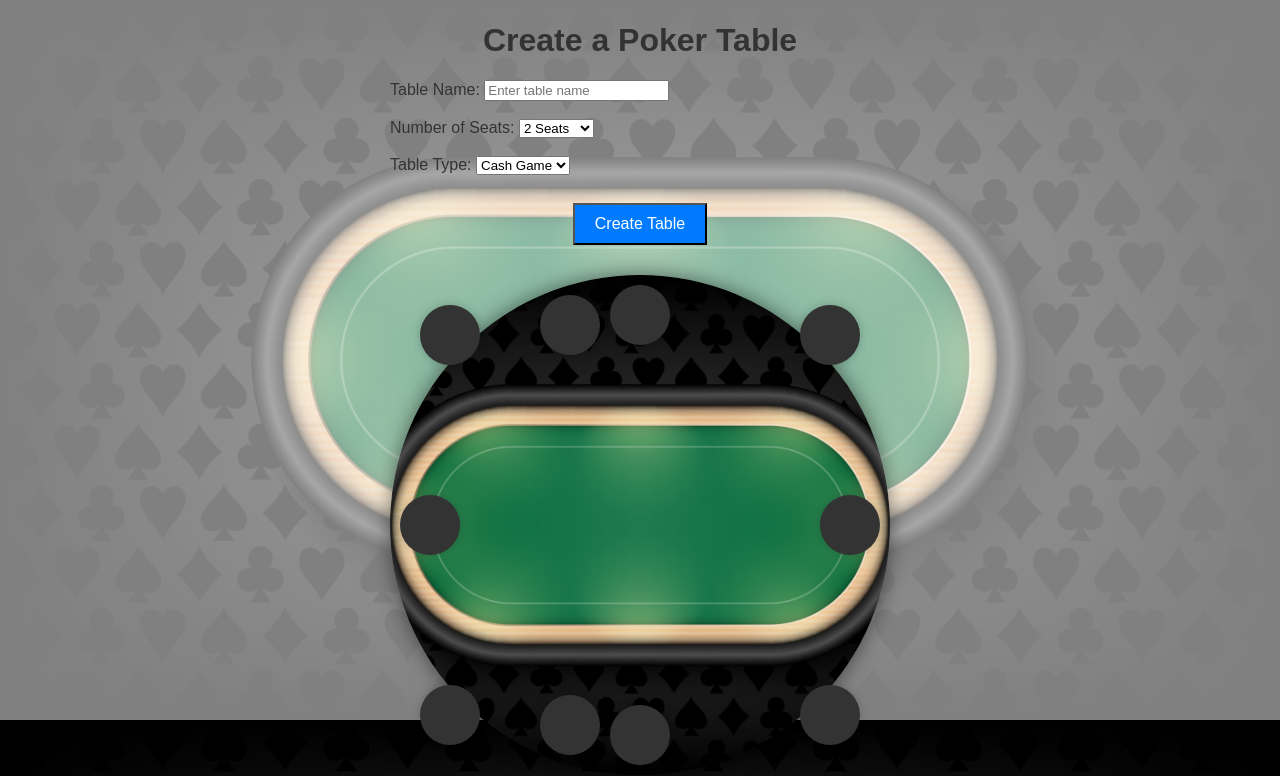
Repository: KidBillionaire/newapp
Page: public/create-table.html
The author's editor kept a copy of each file at every save. The page is drawn from the files as they stood at one save, then again after the next save.
The browser window is 1280 px wide. The pictures show the whole page.
Backgrounds fixed to the window are drawn as part of the page.

Above is the page before, as saved 2024-10-10 16:25:50.

### public/create-table.html
<!DOCTYPE html>
<html lang="en">
<head>
  <meta charset="UTF-8">
  <meta name="viewport" content="width=device-width, initial-scale=1.0">
  <title>Create a Poker Table</title>
  <link rel="stylesheet" href="styles.css"> <!-- Link to your styles -->
  <script defer src="/js/createTable.js"></script> <!-- Link to frontend JS for this page -->
</head>
<body class="create-table-page"> <!-- Apply the background image to this page -->
  <div>
    <h1>Create a Poker Table</h1>
    <form id="createTableForm">
      <label for="tableName">Table Name:</label>
      <input type="text" id="tableName" placeholder="Enter table name" required>
      <br><br>

      <label for="numSeats">Number of Seats:</label>
      <select id="numSeats">
        <option value="2">2 Seats</option>
        <option value="6">6 Seats</option>
        <option value="10">10 Seats</option>
      </select>
      <br><br>

      <label for="tableType">Table Type:</label>
      <select id="tableType">
        <option value="cash">Cash Game</option>
        <option value="tournament">Tournament</option>
      </select>
      <br><br>

      <button type="submit">Create Table</button>
    </form>

    <!-- Poker Table Container -->
    <div id="pokerTableContainer">
      <div id="pokerTable">
        <!-- Player Seats (Will be populated dynamically) -->
        <div class="seat seat-top" id="seat1"></div>
        <div class="seat seat-right" id="seat2"></div>
        <div class="seat seat-bottom" id="seat3"></div>
        <div class="seat seat-left" id="seat4"></div>
        <div class="seat seat-top-right" id="seat5"></div>
        <div class="seat seat-bottom-right" id="seat6"></div>
        <div class="seat seat-bottom-left" id="seat7"></div>
        <div class="seat seat-top-left" id="seat8"></div>
        <div class="seat seat-top-center" id="seat9"></div>
        <div class="seat seat-bottom-center" id="seat10"></div>
      </div>
    </div>
  </div>
</body>
</html>

### public/styles.css
body {
    font-family: Arial, sans-serif;
    background-color: #f7f9fc;
    padding: 20px;
}

h1 {
    text-align: center;
    color: #333;
}

#userTable {
    width: 80%;
    margin: 0 auto;
    border-collapse: collapse;
}

#userTable th,
#userTable td {
    border: 1px solid #ddd;
    padding: 8px;
    text-align: center;
}

#userTable th {
    background-color: #333;
    color: white;
}

button {
    display: block;
    margin: 10px auto;
    padding: 10px 20px;
    font-size: 16px;
    cursor: pointer;
}

button:hover {
    background-color: #555;
    /* Darker background */
    color: #fff;
    /* White text */
}


.montserrat-title {
    font-family: 'Montserrat', sans-serif;
    font-weight: 700;
    /* strong title font */
}

.montserrat-body {
    font-family: 'Montserrat', sans-serif;
    font-weight: 400;
    /* normal body font */
}

.container {
    display: flex;
    justify-content: space-around;
    align-items: center;
}

:root {
    --primary-color: #333;
    --secondary-color: #007BFF;
    --background: #f7f9fc;
}

body {
    background: var(--background);
    color: var(--primary-color);
}

button {
    background-color: var(--secondary-color);
    color: white;
}

/* Profile Settings Section */
#profileSettings {
    margin: 20px auto;
    width: 50%;
    border: 1px solid #ddd;
    padding: 20px;
    background-color: #fff;
    box-shadow: 0 0 10px rgba(0, 0, 0, 0.1);
}

.hidden {
    display: none;
}

#profileSettings label {
    display: inline-block;
    width: 150px;
}

#profileSettings input {
    width: calc(100% - 160px);
    padding: 8px;
    margin: 8px 0;
}

#profileSettings button {
    width: 100%;
    padding: 10px;
    background-color: #333;
    color: white;
    border: none;
    cursor: pointer;
}
/* Create a specific class for the Create Poker Table page background */
.create-table-page {
    background-image: url('images/vecteezy_poker-table-green-cloth-on-dark-background-vector-illustration_6325236.jpg'); /* Set background image */
    background-size: cover;         /* Scale the image to cover the entire page */
    background-repeat: no-repeat;   /* Prevent tiling */
    background-position: center;    /* Center the background */
    background-attachment: fixed;   /* Make the background fixed during scroll */
    padding: 20px;
    height: 100vh;                  /* Set height to fill the entire view height */
    display: flex;                  /* Use flexbox for centering */
    justify-content: center;        /* Center content horizontally */
    align-items: center;            /* Center content vertically */
  }

  .create-table-page::after {
    content: '';
    position: absolute;
    top: 0;
    left: 0;
    width: 100%;
    height: 100%;
    background: rgba(255, 255, 255, 0.5); /* Dark overlay */
    z-index: -1; /* Ensure it stays behind other elements */
  }
  /* Container for the poker table */
#pokerTableContainer {
    display: flex;
    justify-content: center;
    align-items: center;
    margin-top: 30px;
  }

  /* Style the poker table */
  #pokerTable {
    position: relative;
    width: 500px;
    height: 500px;
    border-radius: 50%; /* Make the table circular */
    background: url('images/vecteezy_poker-table-green-cloth-on-dark-background-vector-illustration_6325236.jpg') center/cover; /* Set background image */
    box-shadow: 0 0 20px rgba(0, 0, 0, 0.5);
  }

  /* Generic seat style */
  .seat {
    position: absolute;
    width: 60px;
    height: 60px;
    border-radius: 50%;
    background-color: #333;
    color: white;
    display: flex;
    justify-content: center;
    align-items: center;
    font-size: 14px;
    box-shadow: 0 0 10px rgba(0, 0, 0, 0.2);
  }

  /* Seat positions */
  .seat-top { top: 10px; left: 50%; transform: translateX(-50%); }
  .seat-right { top: 50%; right: 10px; transform: translateY(-50%); }
  .seat-bottom { bottom: 10px; left: 50%; transform: translateX(-50%); }
  .seat-left { top: 50%; left: 10px; transform: translateY(-50%); }

  .seat-top-right { top: 30px; right: 30px; }
  .seat-bottom-right { bottom: 30px; right: 30px; }
  .seat-bottom-left { bottom: 30px; left: 30px; }
  .seat-top-left { top: 30px; left: 30px; }

  .seat-top-center { top: 20px; left: 30%; }
  .seat-bottom-center { bottom: 20px; left: 30%; }

### public/js/createTable.js
document.addEventListener('DOMContentLoaded', () => {
    const createTableForm = document.getElementById('createTableForm');
    const aiPlayersList = document.getElementById('aiPlayersList');
    const seats = document.querySelectorAll('.seat'); // Select all seats on the table

    // Handle the form submission
    createTableForm.addEventListener('submit', async (event) => {
      event.preventDefault();

      const tableName = document.getElementById('tableName').value;
      const numSeats = document.getElementById('numSeats').value;
      const tableType = document.getElementById('tableType').value;

      const tableData = { tableName, numSeats: parseInt(numSeats), tableType };

      try {
        const response = await fetch('/tables', {
          method: 'POST',
          headers: { 'Content-Type': 'application/json' },
          body: JSON.stringify(tableData),
        });

        if (response.ok) {
          const newTable = await response.json();

          // Display AI Players on the table
          aiPlayersList.innerHTML = ''; // Clear the list
          seats.forEach((seat) => (seat.innerHTML = '')); // Clear seats

          newTable.aiPlayers.forEach((aiPlayer, index) => {
            if (index < seats.length) {
              seats[index].innerHTML = `<img src='/images/ai-avatar.png' alt='${aiPlayer}' width='40'><br>${aiPlayer}`;
            }
          });

          alert(`Poker table created successfully with AI players: ${newTable.aiPlayers.join(', ')}`);
          createTableForm.reset(); // Clear the form
        } else {
          alert('Failed to create table');
        }
      } catch (error) {
        console.error('Error creating table:', error);
        alert('An error occurred. Please try again.');
      }
    });
  });

After the next save:
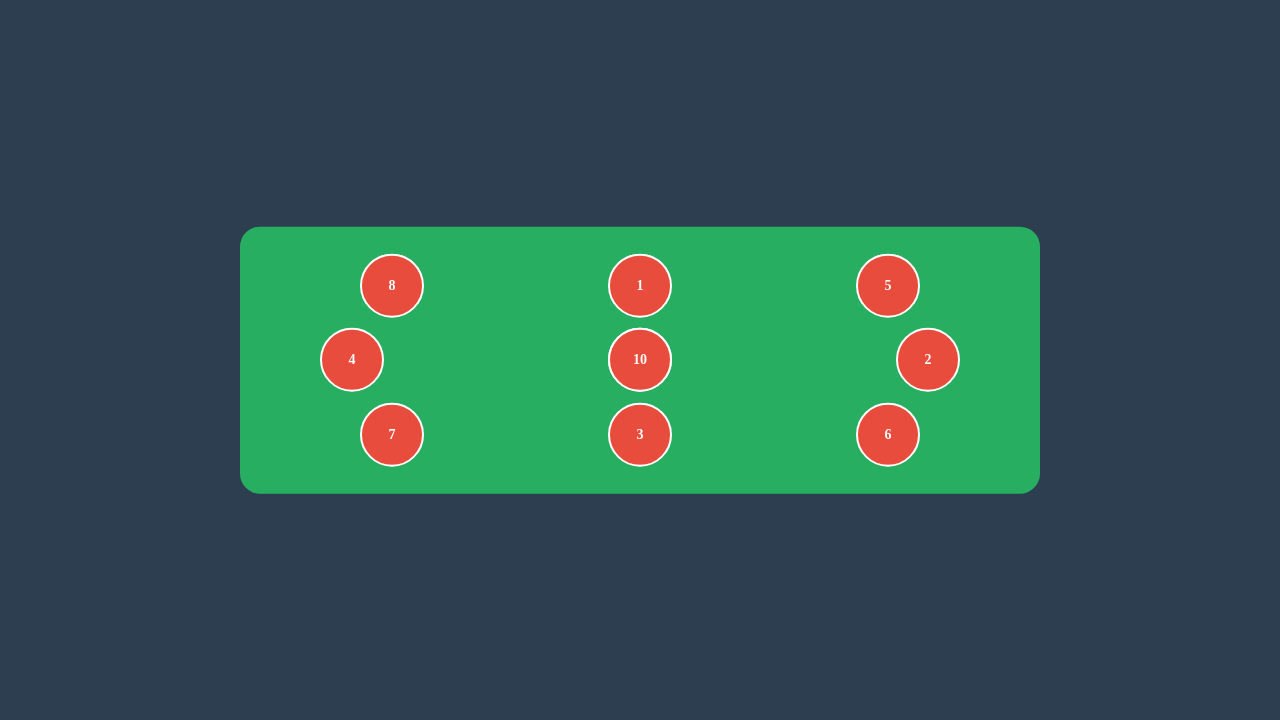
Saved 93 s later.
--- a/public/create-table.html
+++ b/public/create-table.html
@@ -1,54 +1,96 @@
 <!DOCTYPE html>
 <html lang="en">
 <head>
-  <meta charset="UTF-8">
-  <meta name="viewport" content="width=device-width, initial-scale=1.0">
-  <title>Create a Poker Table</title>
-  <link rel="stylesheet" href="styles.css"> <!-- Link to your styles -->
-  <script defer src="/js/createTable.js"></script> <!-- Link to frontend JS for this page -->
+    <meta charset="UTF-8">
+    <meta name="viewport" content="width=device-width, initial-scale=1.0">
+    <title>Responsive Poker Table</title>
+    <style>
+        body {
+            display: flex;
+            justify-content: center;
+            align-items: center;
+            height: 100vh;
+            margin: 0;
+            background-color: #2c3e50; /* Dark background for contrast */
+        }
+
+        /* Poker Table Container */
+        #pokerTableContainer {
+            position: relative;
+            width: 80vw; /* Responsive width */
+            max-width: 800px; /* Maximum width */
+            aspect-ratio: 3; /* Maintain aspect ratio */
+            margin: 0 auto;
+        }
+
+        /* Poker Table */
+        #pokerTable {
+            position: absolute;
+            top: 50%;
+            left: 50%;
+            width: 100%;
+            height: 100%;
+            background-color: #27ae60; /* Green felt color */
+            border-radius: 20px; /* Rounded corners for a table */
+            transform: translate(-50%, -50%);
+        }
+
+        /* Player Seats */
+        .seat {
+            position: absolute;
+            width: 60px; /* Seat width */
+            height: 60px; /* Seat height */
+            background-color: #e74c3c; /* Red for seats */
+            border-radius: 50%; /* Round seats */
+            border: 2px solid #fff; /* White border */
+            display: flex;
+            align-items: center;
+            justify-content: center;
+            color: #fff; /* Seat text color */
+            font-weight: bold;
+            font-size: 14px;
+        }
+
+        /* Positioning seats */
+        #seat1 { top: 10%; left: 50%; transform: translateX(-50%); }
+        #seat2 { top: 50%; right: 10%; transform: translateY(-50%); }
+        #seat3 { bottom: 10%; left: 50%; transform: translateX(-50%); }
+        #seat4 { top: 50%; left: 10%; transform: translateY(-50%); }
+        #seat5 { top: 10%; right: 15%; }
+        #seat6 { bottom: 10%; right: 15%; }
+        #seat7 { bottom: 10%; left: 15%; }
+        #seat8 { top: 10%; left: 15%; }
+        #seat9 { top: 50%; left: 50%; transform: translate(-50%, -50%); }
+        #seat10 { bottom: 50%; left: 50%; transform: translate(-50%, 50%); }
+
+        @media (max-width: 600px) {
+            /* Responsive adjustments */
+            .seat {
+                width: 40px; /* Smaller seats on mobile */
+                height: 40px;
+                font-size: 12px; /* Smaller text */
+            }
+        }
+    </style>
 </head>
-<body class="create-table-page"> <!-- Apply the background image to this page -->
-  <div>
-    <h1>Create a Poker Table</h1>
-    <form id="createTableForm">
-      <label for="tableName">Table Name:</label>
-      <input type="text" id="tableName" placeholder="Enter table name" required>
-      <br><br>
-
-      <label for="numSeats">Number of Seats:</label>
-      <select id="numSeats">
-        <option value="2">2 Seats</option>
-        <option value="6">6 Seats</option>
-        <option value="10">10 Seats</option>
-      </select>
-      <br><br>
-
-      <label for="tableType">Table Type:</label>
-      <select id="tableType">
-        <option value="cash">Cash Game</option>
-        <option value="tournament">Tournament</option>
-      </select>
-      <br><br>
-
-      <button type="submit">Create Table</button>
-    </form>
+<body>
 
     <!-- Poker Table Container -->
     <div id="pokerTableContainer">
-      <div id="pokerTable">
-        <!-- Player Seats (Will be populated dynamically) -->
-        <div class="seat seat-top" id="seat1"></div>
-        <div class="seat seat-right" id="seat2"></div>
-        <div class="seat seat-bottom" id="seat3"></div>
-        <div class="seat seat-left" id="seat4"></div>
-        <div class="seat seat-top-right" id="seat5"></div>
-        <div class="seat seat-bottom-right" id="seat6"></div>
-        <div class="seat seat-bottom-left" id="seat7"></div>
-        <div class="seat seat-top-left" id="seat8"></div>
-        <div class="seat seat-top-center" id="seat9"></div>
-        <div class="seat seat-bottom-center" id="seat10"></div>
-      </div>
+        <div id="pokerTable">
+            <!-- Player Seats (Will be populated dynamically) -->
+            <div class="seat" id="seat1">1</div>
+            <div class="seat" id="seat2">2</div>
+            <div class="seat" id="seat3">3</div>
+            <div class="seat" id="seat4">4</div>
+            <div class="seat" id="seat5">5</div>
+            <div class="seat" id="seat6">6</div>
+            <div class="seat" id="seat7">7</div>
+            <div class="seat" id="seat8">8</div>
+            <div class="seat" id="seat9">9</div>
+            <div class="seat" id="seat10">10</div>
+        </div>
     </div>
-  </div>
+
 </body>
 </html>

After the save that followed:
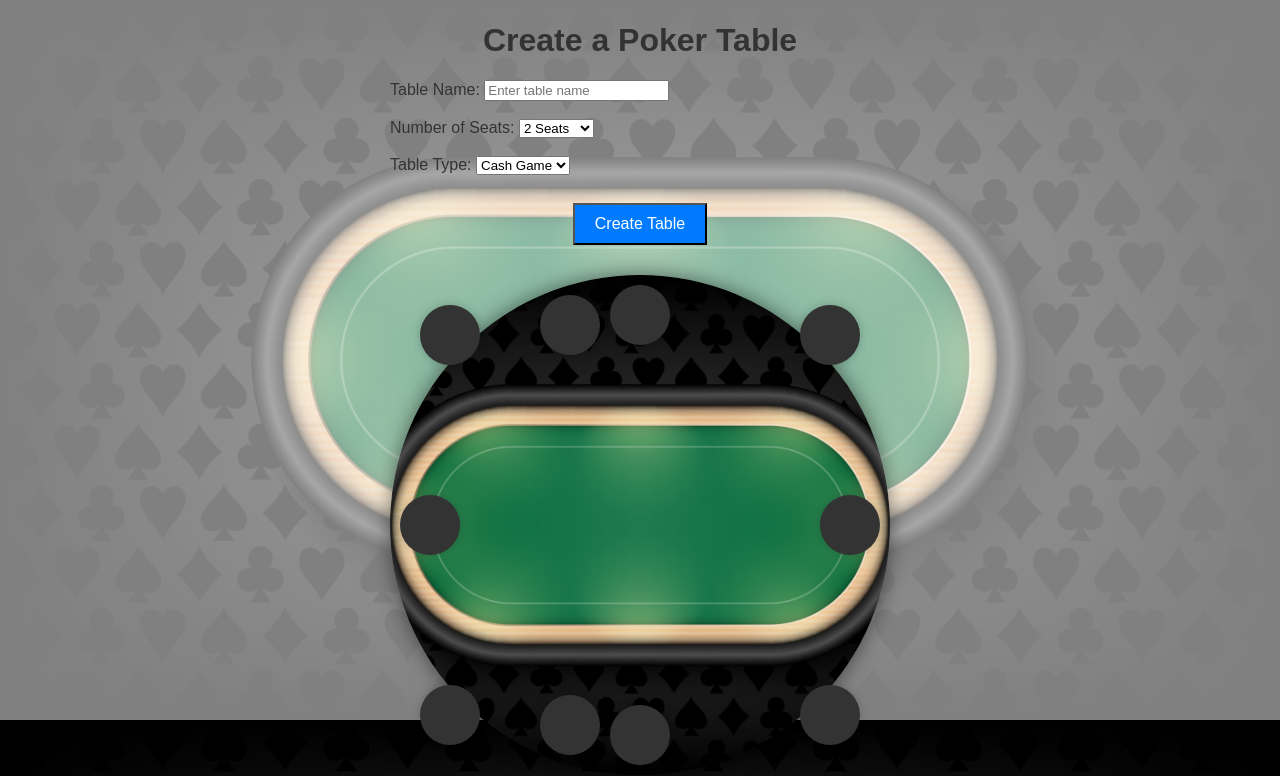
Not found: js/createTable.js
Saved 13 s later.
--- a/public/create-table.html
+++ b/public/create-table.html
@@ -1,96 +1,54 @@
 <!DOCTYPE html>
 <html lang="en">
 <head>
-    <meta charset="UTF-8">
-    <meta name="viewport" content="width=device-width, initial-scale=1.0">
-    <title>Responsive Poker Table</title>
-    <style>
-        body {
-            display: flex;
-            justify-content: center;
-            align-items: center;
-            height: 100vh;
-            margin: 0;
-            background-color: #2c3e50; /* Dark background for contrast */
-        }
+  <meta charset="UTF-8">
+  <meta name="viewport" content="width=device-width, initial-scale=1.0">
+  <title>Create a Poker Table</title>
+  <link rel="stylesheet" href="styles.css"> <!-- Link to your styles -->
+  <script defer src="/js/createTable.js"></script> <!-- Link to frontend JS for this page -->
+</head>
+<body class="create-table-page"> <!-- Apply the background image to this page -->
+  <div>
+    <h1>Create a Poker Table</h1>
+    <form id="createTableForm">
+      <label for="tableName">Table Name:</label>
+      <input type="text" id="tableName" placeholder="Enter table name" required>
+      <br><br>
 
-        /* Poker Table Container */
-        #pokerTableContainer {
-            position: relative;
-            width: 80vw; /* Responsive width */
-            max-width: 800px; /* Maximum width */
-            aspect-ratio: 3; /* Maintain aspect ratio */
-            margin: 0 auto;
-        }
+      <label for="numSeats">Number of Seats:</label>
+      <select id="numSeats">
+        <option value="2">2 Seats</option>
+        <option value="6">6 Seats</option>
+        <option value="10">10 Seats</option>
+      </select>
+      <br><br>
 
-        /* Poker Table */
-        #pokerTable {
-            position: absolute;
-            top: 50%;
-            left: 50%;
-            width: 100%;
-            height: 100%;
-            background-color: #27ae60; /* Green felt color */
-            border-radius: 20px; /* Rounded corners for a table */
-            transform: translate(-50%, -50%);
-        }
+      <label for="tableType">Table Type:</label>
+      <select id="tableType">
+        <option value="cash">Cash Game</option>
+        <option value="tournament">Tournament</option>
+      </select>
+      <br><br>
 
-        /* Player Seats */
-        .seat {
-            position: absolute;
-            width: 60px; /* Seat width */
-            height: 60px; /* Seat height */
-            background-color: #e74c3c; /* Red for seats */
-            border-radius: 50%; /* Round seats */
-            border: 2px solid #fff; /* White border */
-            display: flex;
-            align-items: center;
-            justify-content: center;
-            color: #fff; /* Seat text color */
-            font-weight: bold;
-            font-size: 14px;
-        }
-
-        /* Positioning seats */
-        #seat1 { top: 10%; left: 50%; transform: translateX(-50%); }
-        #seat2 { top: 50%; right: 10%; transform: translateY(-50%); }
-        #seat3 { bottom: 10%; left: 50%; transform: translateX(-50%); }
-        #seat4 { top: 50%; left: 10%; transform: translateY(-50%); }
-        #seat5 { top: 10%; right: 15%; }
-        #seat6 { bottom: 10%; right: 15%; }
-        #seat7 { bottom: 10%; left: 15%; }
-        #seat8 { top: 10%; left: 15%; }
-        #seat9 { top: 50%; left: 50%; transform: translate(-50%, -50%); }
-        #seat10 { bottom: 50%; left: 50%; transform: translate(-50%, 50%); }
-
-        @media (max-width: 600px) {
-            /* Responsive adjustments */
-            .seat {
-                width: 40px; /* Smaller seats on mobile */
-                height: 40px;
-                font-size: 12px; /* Smaller text */
-            }
-        }
-    </style>
-</head>
-<body>
+      <button type="submit">Create Table</button>
+    </form>
 
     <!-- Poker Table Container -->
     <div id="pokerTableContainer">
-        <div id="pokerTable">
-            <!-- Player Seats (Will be populated dynamically) -->
-            <div class="seat" id="seat1">1</div>
-            <div class="seat" id="seat2">2</div>
-            <div class="seat" id="seat3">3</div>
-            <div class="seat" id="seat4">4</div>
-            <div class="seat" id="seat5">5</div>
-            <div class="seat" id="seat6">6</div>
-            <div class="seat" id="seat7">7</div>
-            <div class="seat" id="seat8">8</div>
-            <div class="seat" id="seat9">9</div>
-            <div class="seat" id="seat10">10</div>
-        </div>
+      <div id="pokerTable">
+        <!-- Player Seats (Will be populated dynamically) -->
+        <div class="seat seat-top" id="seat1"></div>
+        <div class="seat seat-right" id="seat2"></div>
+        <div class="seat seat-bottom" id="seat3"></div>
+        <div class="seat seat-left" id="seat4"></div>
+        <div class="seat seat-top-right" id="seat5"></div>
+        <div class="seat seat-bottom-right" id="seat6"></div>
+        <div class="seat seat-bottom-left" id="seat7"></div>
+        <div class="seat seat-top-left" id="seat8"></div>
+        <div class="seat seat-top-center" id="seat9"></div>
+        <div class="seat seat-bottom-center" id="seat10"></div>
+      </div>
     </div>
-
+  </div>
 </body>
 </html>
